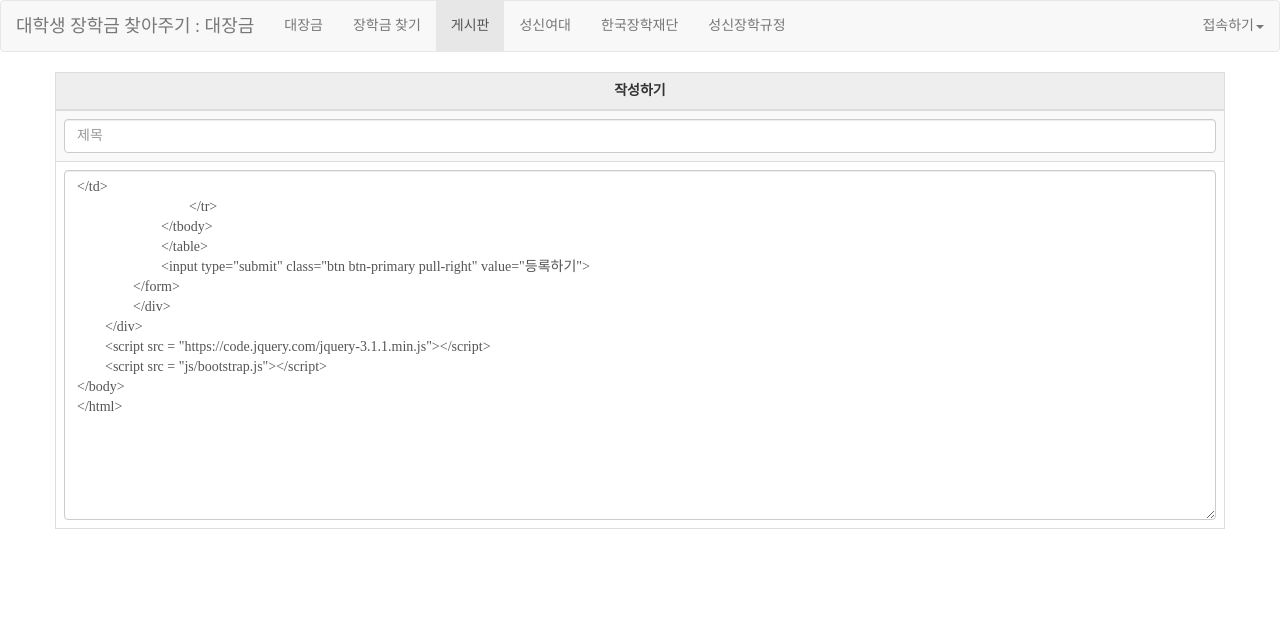
Repository: jiwon-214/DJG
Page: http://localhost/DJG/write.jsp
An editor plug-in stored every save of this project. The page is shown before and after the next save, followed by the edit.
The browser window is 1280 px wide. The pictures show the whole page.
Some web fonts or font styles are not loaded; a fallback is used. Some web libraries are served in a nearby version. The page is served by Tomcat 9. Other server files are loaded and not shown.

Above is the page before, as saved 2022-01-24 17:00:13.

### DJG/WebContent/write.jsp
<%@ page language="java" contentType="text/html; charset=UTF-8"
    pageEncoding="UTF-8"%>
 <%@ page import="java.io.PrintWriter" %>
<!DOCTYPE html>
<html>
<head>
<meta charset="UTF-8">
<meta name = "viewport" content = "width=divice-width", initial-scale = "1">
<link rel = "stylesheet" href = "css/bootstrap.css">
<link rel = "stylesheet" href = "css/custom.css">
<title>대장금</title>
</head>
<body>
	<%
		//로그인 된 사람 정보 담을 수 있도록
		String userID = null;
		if (session.getAttribute("userID") != null) {
			userID = (String) session.getAttribute("userID");
		} //로그인되면 userID에 해당 이이디가 담기고 로그인 안되면 null

	%>
	<nav class ="navbar navbar-default">
		<div class = "navbar-header">
			<button type = "button" class = "navbar-toggle collapsed"
				data-toggle = "collapse" data-target = "#bs-example-navbar-collapse-1"
				aria-expanded="false">
				<span class = "icon-bar"></span>
				<span class = "icon-bar"></span>
				<span class = "icon-bar"></span>
			</button>
			<a class="navbar-brand" href = "main.jsp">대학생 장학금 찾아주기 : 대장금</a>
		</div>
		<div class="collapse navbar-collapse" id="bs-example-navbar-collapse-1">
			<ul class = "nav navbar-nav">
				<li><a href="main.jsp">대장금</a></li>
				<li><a href="djg.jsp">장학금 찾기</a></li>
				<li class="active"><a href="board.jsp">게시판</a></li>
				<li><a href="https://portal.sungshin.ac.kr/sso/login.jsp">성신여대</a></li>
				<li><a href="http://www.kosaf.go.kr/">한국장학재단</a></li>
				<li><a href="https://rule.sungshin.ac.kr/service/law/lawView.do?seq=95&historySeq=0&gubun=cur&tree=part">성신장학규정</a></li>
			</ul>
			<%
				//로그인이 되어있지 않은 사람들의 화면
				if(userID == null) {
			%>
				<ul class="nav navbar-nav navbar-right">
				<li class="dropdown">
					<a href="#" class="dropdown-toggle"
						data-toggle="dropdown" role="button" aria-haspopup="true"
						aria-expanded="false">접속하기<span class="caret"></span></a>
					<ul class="dropdown-menu">
						<li><a href = "login.jsp">로그인 </a></li>
						<li><a href="join.jsp">회원가입</a></li>
					</ul>
				</li>
			</ul>
			<%
				} else { //로그인 되어있는 사람들의 화면
			%>
				<ul class="nav navbar-nav navbar-right">
				<li class="dropdown">
					<a href="#" class="dropdown-toggle"
						data-toggle="dropdown" role="button" aria-haspopup="true"
						aria-expanded="false">회원관리<span class="caret"></span></a>
					<ul class="dropdown-menu">
						<li><a href = "modification.jsp">정보수정</a></li>
						<li><a href = "info.jsp">정보 확인</a></li>
						<li><a href = "logoutAction.jsp">로그아웃</a></li>
						<li><a href = "withdraw.jsp">탈퇴하기</a></li>
					</ul>
				</li>
			</ul>
			<%
				}
			%>

		</div>
	</nav>
	<div class="container">
		<div class="row">
		<form method="post" action="writeAction.jsp">
			<table class="table table-striped" style="text-align: center; border: 1px solid #dddddd">
			<thead>
				<tr>
					<th colspan="2" style="background-color: #eeeeee; text-align: center;">작성하기</th>
				</tr>
			</thead>
			<tbody>
				<tr>
					<td><input type="text" class="form-control" placeholder="제목" name = "boardTitle" maxlength="50"></td>
				</tr>
				<tr>
					<td><textarea class="form-control" placeholder="내용" name = "boardContent" maxlength="2048" style="height: 350px;"></td>
				</tr>
			</tbody>
			</table>
			<input type="submit" class="btn btn-primary pull-right" value="등록하기">
		</form>
		</div>
	</div>
	<script src = "https://code.jquery.com/jquery-3.1.1.min.js"></script>
	<script src = "js/bootstrap.js"></script>
</body>
</html>

### DJG/WebContent/css/custom.css
@import url(http://fonts.googleapis.com/earlyaccess/nanumgothic.css);
@import url(http://fonts.googleapis.com/earlyaccess/hanna.css);
* {
	font-family : 'Nanum Gothic';
}
h1 {
	font-famaily : 'Hanna';
}

Loaded but not shown: DJG/WebContent/css/bootstrap.css (library); DJG/WebContent/js/bootstrap.js (library)

After the next save:
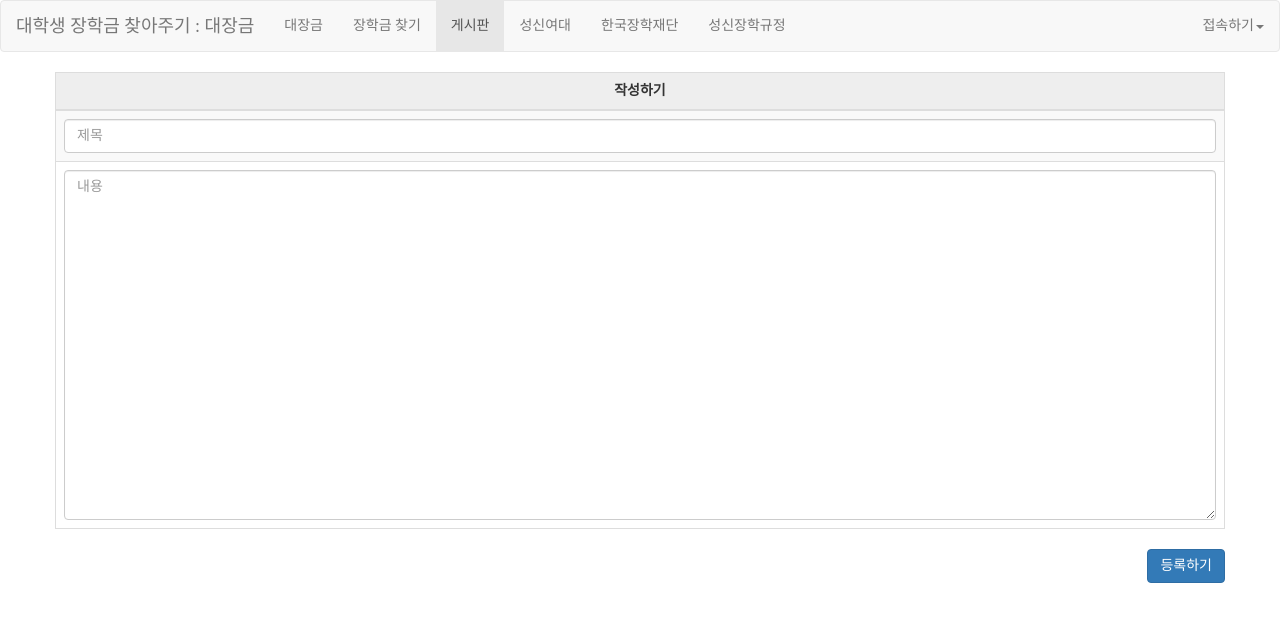
Saved 7 min 2 s later.
--- a/DJG/WebContent/write.jsp
+++ b/DJG/WebContent/write.jsp
@@ -90,7 +90,7 @@
 					<td><input type="text" class="form-control" placeholder="제목" name = "boardTitle" maxlength="50"></td>
 				</tr>
 				<tr>
-					<td><textarea class="form-control" placeholder="내용" name = "boardContent" maxlength="2048" style="height: 350px;"></td>
+					<td><textarea class="form-control" placeholder="내용" name = "boardContent" maxlength="2048" style="height: 350px;"></textarea></td>
 				</tr>
 			</tbody>
 			</table>
